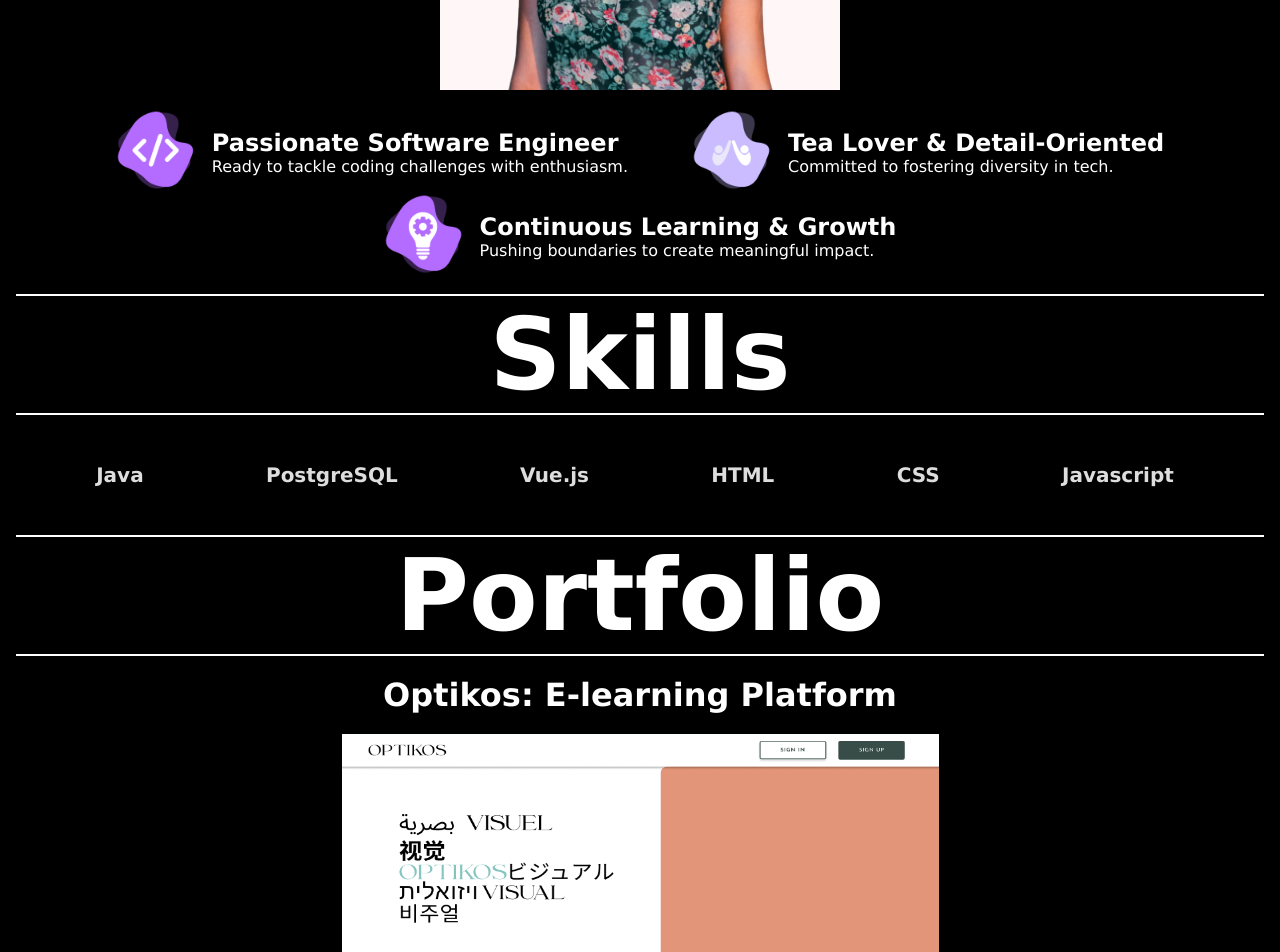
Repository: woodsdeshe/portfolio
Page: index.html
The author's editor kept a copy of each file at every save. The page is drawn from the files as they stood at one save, then again after a run of saves.
The browser window is 1280 px wide. The pictures show the part of the page from y = 1196 to 2148 px (the page is 2552 px tall).
A picture or video elsewhere on the page could not be fetched, so the positions and the page height are approximate. Some web fonts or font styles are not loaded; a fallback is used.

Above is the page before, as saved 2023-06-11 16:07:12.

After the next 2 saves:
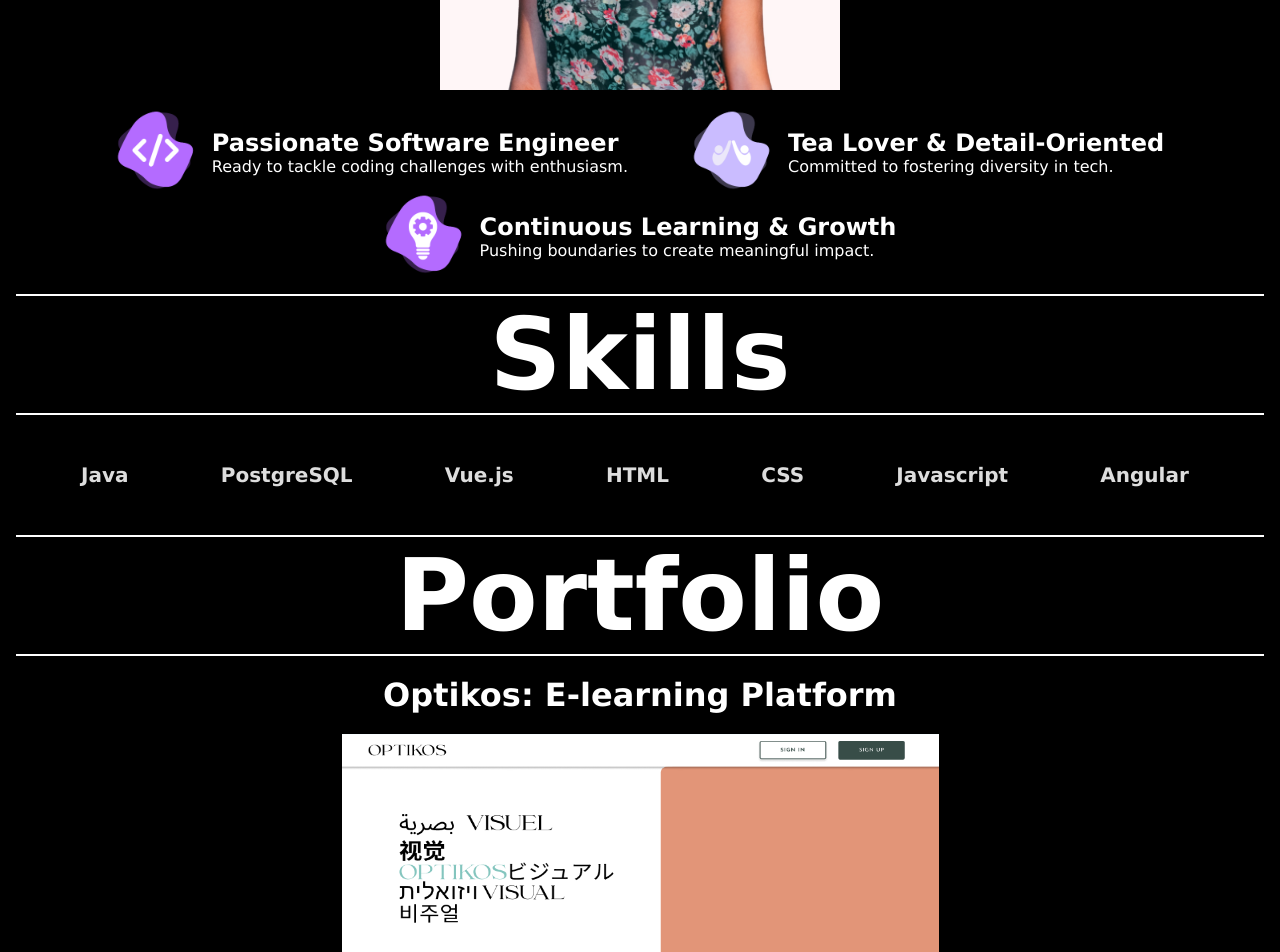
The 2 saves are shown as one change because they came seconds apart.
The last was saved 20 s later.
--- a/index.html
+++ b/index.html
@@ -72,6 +72,7 @@
         <span class="skill">HTML</span>
         <span class="skill">CSS</span>
         <span class="skill">Javascript</span>
+        <span class="skill">Angular</span>
     </div>
     <div class="portfolio-header">
         <h1 id="portfolio">Portfolio</h1>
